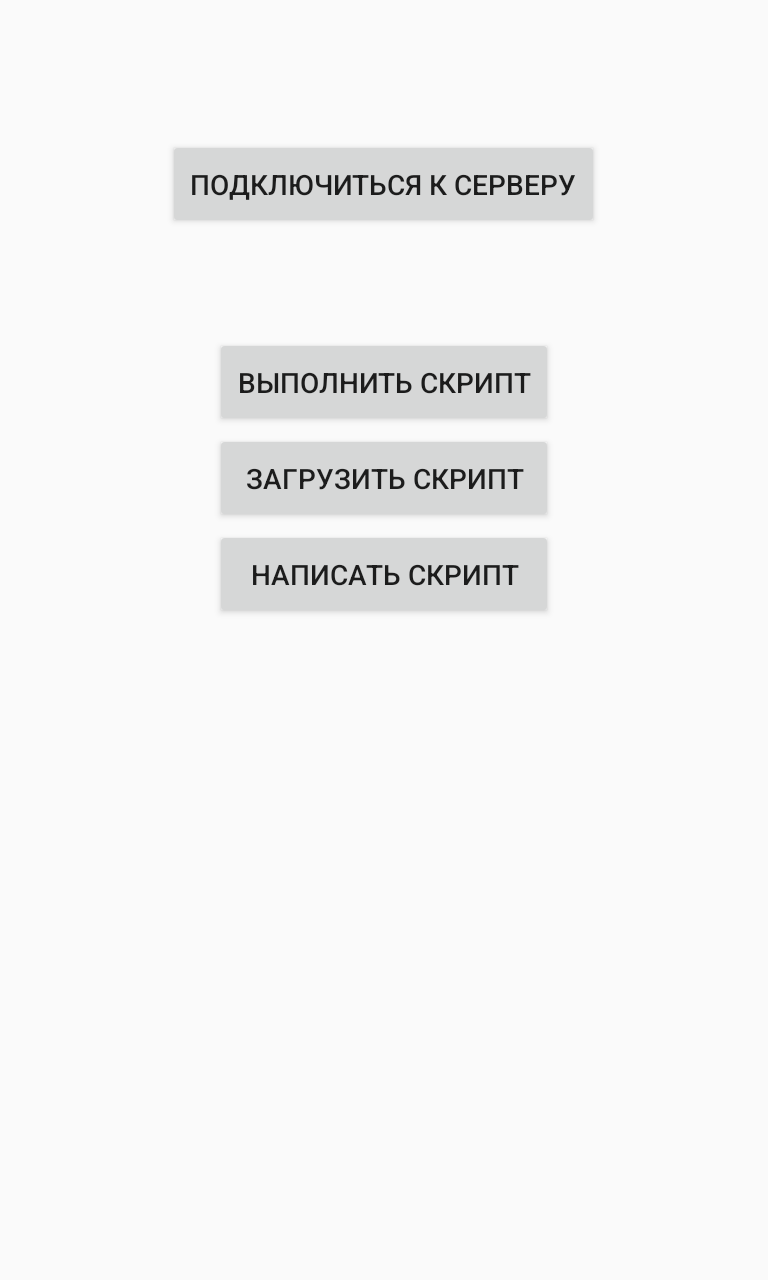
Repository: Laboratory711/Nightjar
Layout: android/Nightjar/workspace/Nightjar/res/layout/fragment_lab1.xml
These files come from the project's save history. The layout is drawn as it stood at one moment and after the next save; the edit follows.
It is drawn on a 768 x 1280 px phone screen (xhdpi) without system bars, with theme AppTheme; the app's code is not run.

Above is the layout before, as saved 2014-03-27 01:11:27.

### android/Nightjar/workspace/Nightjar/res/layout/fragment_lab1.xml
<RelativeLayout xmlns:android="http://schemas.android.com/apk/res/android"
    xmlns:tools="http://schemas.android.com/tools"
    android:layout_width="match_parent"
    android:layout_height="match_parent"
    android:paddingBottom="@dimen/activity_vertical_margin"
    android:paddingLeft="@dimen/activity_horizontal_margin"
    android:paddingRight="@dimen/activity_horizontal_margin"
    android:paddingTop="@dimen/activity_vertical_margin"
    tools:context="ru.vint.labsoo.Lab1$PlaceholderFragment" >

    <Button
        android:id="@+id/button3"
        android:layout_width="wrap_content"
        android:layout_height="wrap_content"
        android:layout_alignLeft="@+id/button2"
        android:layout_alignRight="@+id/button2"
        android:layout_below="@+id/button2"
        android:text="@string/text_buttom3_Name" />

    <Button
        android:id="@+id/button4"
        android:layout_width="wrap_content"
        android:layout_height="wrap_content"
        android:layout_alignLeft="@+id/button3"
        android:layout_alignRight="@+id/button3"
        android:layout_below="@+id/button3"
        android:text="@string/text_buttom4_Name" />

    <Button
        android:id="@+id/button1"
        android:layout_width="wrap_content"
        android:layout_height="wrap_content"
        android:layout_alignParentTop="true"
        android:layout_centerHorizontal="true"
        android:layout_marginTop="52dp"
        android:onClick="onClickButtom1"
        android:text="@string/text_buttom_Name" />

    <Button
        android:id="@+id/button2"
        android:layout_width="wrap_content"
        android:layout_height="wrap_content"
        android:layout_below="@+id/textView2"
        android:layout_centerHorizontal="true"
        android:layout_marginTop="14dp"
        android:text="@string/text_buttom2_Name" />

    <TextView
        android:id="@+id/textView2"
        android:layout_width="wrap_content"
        android:layout_height="wrap_content"
        android:layout_below="@+id/button1"
        android:layout_centerHorizontal="true"
        android:layout_marginTop="18dp"
        android:text="@string/TV_text" />

</RelativeLayout>

### android/Nightjar/workspace/Nightjar/res/values/strings.xml
<?xml version="1.0" encoding="utf-8"?>
<resources xmlns:android="http://schemas.android.com/apk/res/android">

    <string name="app_name">LabSOO</string>
    <string name="hello_world">Hello world!</string>
    <string name="action_settings">Настройки</string>
    <string android:layout_width="wrap_content" android:id="@+id/string1" android:layout_height="wrap_content" name="text_IP">IP Адрес сервера</string>
    <string android:id="@+id/string2" android:layout_height="wrap_content" android:layout_width="wrap_content" name="text_Port">Адрес порта</string>
    <string android:id="@+id/string3" android:layout_height="wrap_content" android:layout_width="wrap_content" name="text_buttom_Name">Подключиться к серверу</string>
    <string android:id="@+id/string4" android:layout_height="wrap_content" android:layout_width="wrap_content" name="TV_text"></string>
    <string android:id="@+id/string5" android:layout_height="wrap_content" android:layout_width="wrap_content" name="text_pref_app">Приложение написано группой студентов.</string>
	<string android:id="@+id/string6" android:layout_height="wrap_content" android:layout_width="wrap_content" name="text_buttom2_Name">Выполнить скрипт</string>
	<string android:id="@+id/string7" android:layout_height="wrap_content" android:layout_width="wrap_content" name="text_buttom3_Name">Загрузить скрипт</string>
	<string android:id="@+id/string8" android:layout_height="wrap_content" android:layout_width="wrap_content" name="text_buttom4_Name">Написать скрипт</string>
	<string name="pref_IP">IP_adres</string>
	<string name="pref_App">App</string>
	<string name="pref_Port">Prot</string>
</resources>

Loaded but not shown: android/Nightjar/workspace/Nightjar/res/values/styles.xml (common file); android/Nightjar/workspace/Nightjar/res/values-v11/styles.xml (common file); android/Nightjar/workspace/Nightjar/res/values-v14/styles.xml (common file); android/Nightjar/workspace/Nightjar/res/values/dimens.xml (common file); android/Nightjar/workspace/Nightjar/res/values-w820dp/dimens.xml (common file)

After the next save:
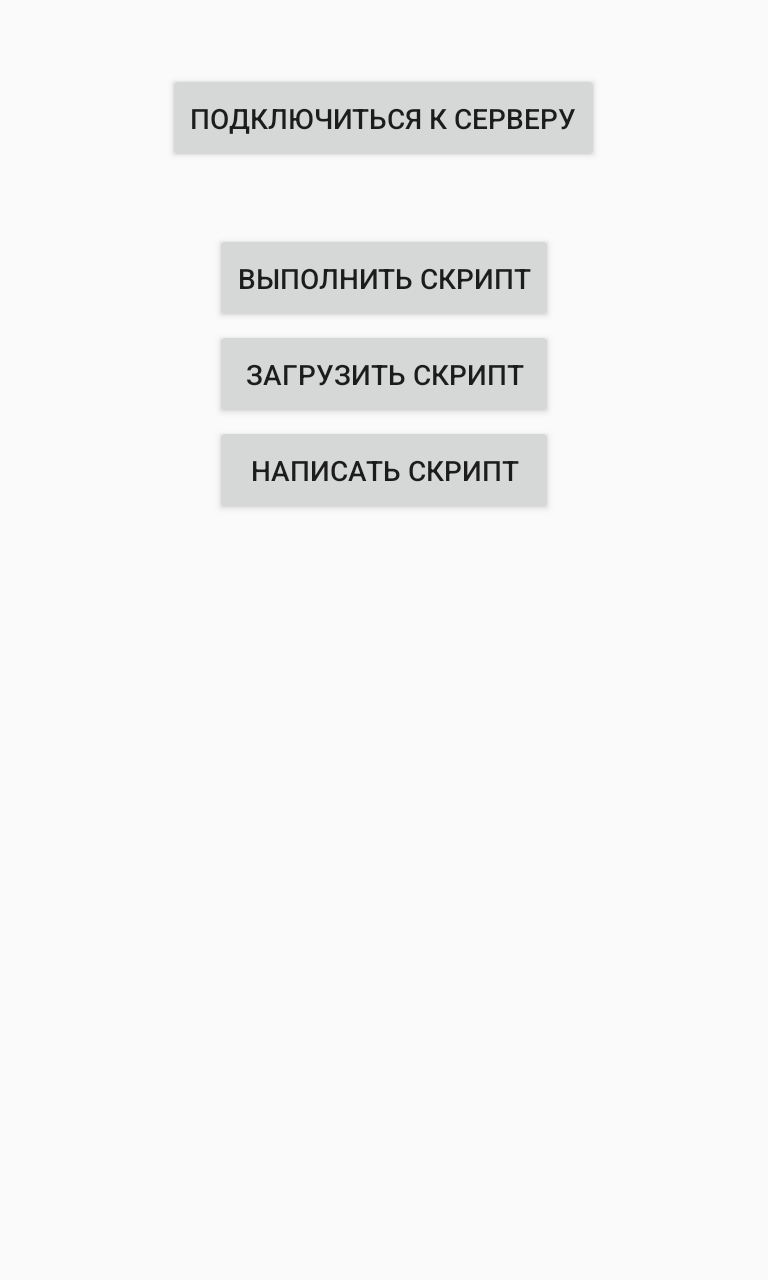
Saved 5 min 18 s later.
--- a/android/Nightjar/workspace/Nightjar/res/layout/fragment_lab1.xml
+++ b/android/Nightjar/workspace/Nightjar/res/layout/fragment_lab1.xml
@@ -30,28 +30,26 @@
         android:id="@+id/button1"
         android:layout_width="wrap_content"
         android:layout_height="wrap_content"
+        android:layout_below="@+id/textView2"
+        android:layout_centerHorizontal="true"
+        android:onClick="onClickButtom1"
+        android:text="@string/text_buttom_Name" />
+
+    <TextView
+        android:id="@+id/textView2"
+        android:layout_width="wrap_content"
+        android:layout_height="wrap_content"
         android:layout_alignParentTop="true"
         android:layout_centerHorizontal="true"
-        android:layout_marginTop="52dp"
-        android:onClick="onClickButtom1"
-        android:text="@string/text_buttom_Name" />
+        android:text="@string/TV_text" />
 
     <Button
         android:id="@+id/button2"
         android:layout_width="wrap_content"
         android:layout_height="wrap_content"
-        android:layout_below="@+id/textView2"
+        android:layout_below="@+id/button1"
         android:layout_centerHorizontal="true"
-        android:layout_marginTop="14dp"
+        android:layout_marginTop="32dp"
         android:text="@string/text_buttom2_Name" />
 
-    <TextView
-        android:id="@+id/textView2"
-        android:layout_width="wrap_content"
-        android:layout_height="wrap_content"
-        android:layout_below="@+id/button1"
-        android:layout_centerHorizontal="true"
-        android:layout_marginTop="18dp"
-        android:text="@string/TV_text" />
-
 </RelativeLayout>
